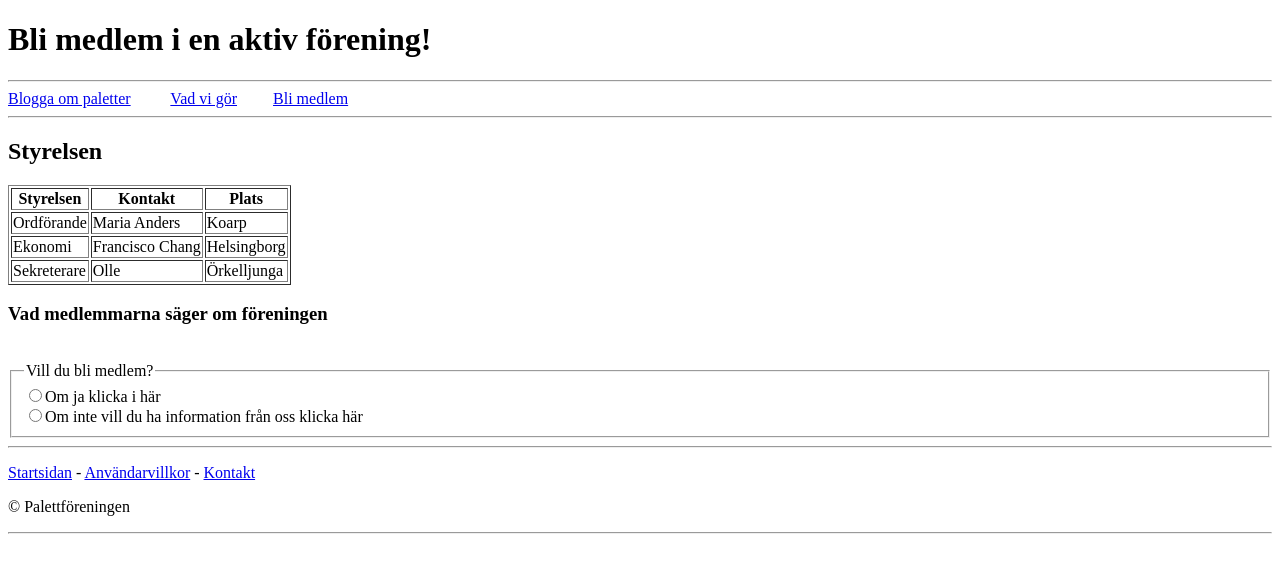
Repository: Webutveckling-20-21/Uppgift-1
Page: medlemskap.html
These files come from the project's save history. The page is drawn as it stood at one moment and after the next save; the edit follows.
The browser window is 1280 px wide. The pictures show the whole page.

Above is the page before, as saved 2021-09-06 16:47:17.

After the next save:
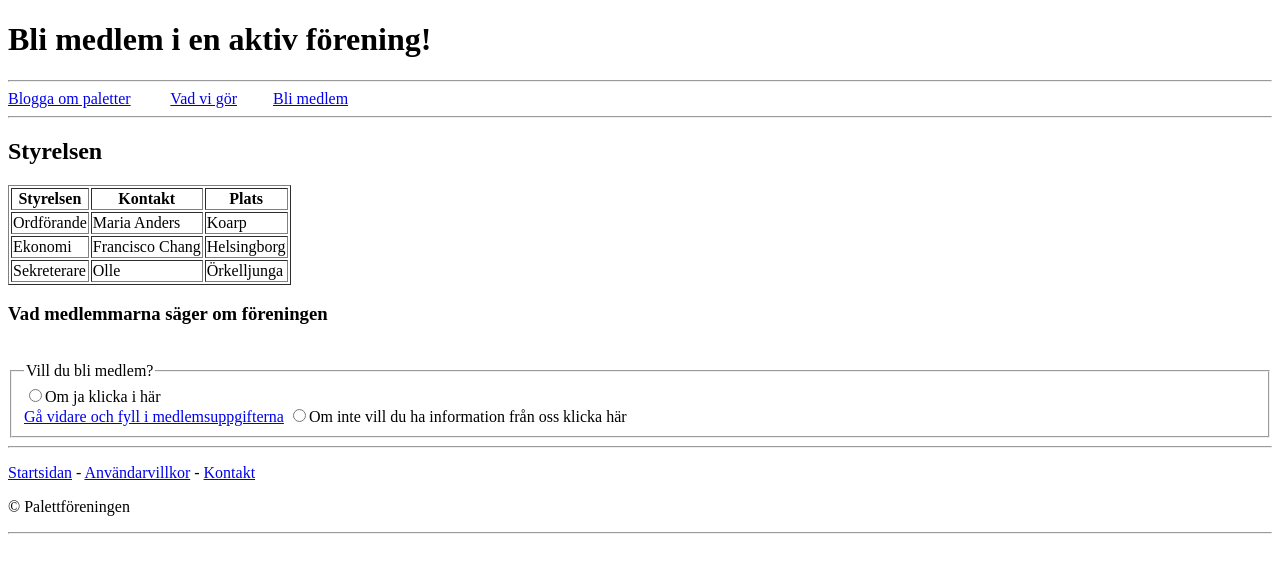
Saved 21 s later.
--- a/medlemskap.html
+++ b/medlemskap.html
@@ -54,7 +54,7 @@
             <fieldset>
                 <legend>Vill du bli medlem?</legend>
                 <label><input type="radio" name="radio">Om ja klicka i här</label><br>
-                <a href="medlemskap.html"></a>
+                <a href="medlemskap.html"> Gå vidare och fyll i medlemsuppgifterna</a>
                 <label><input type="radio" name="radio">Om inte vill du ha information från oss klicka här</label>
             </fieldset>
         </form>
